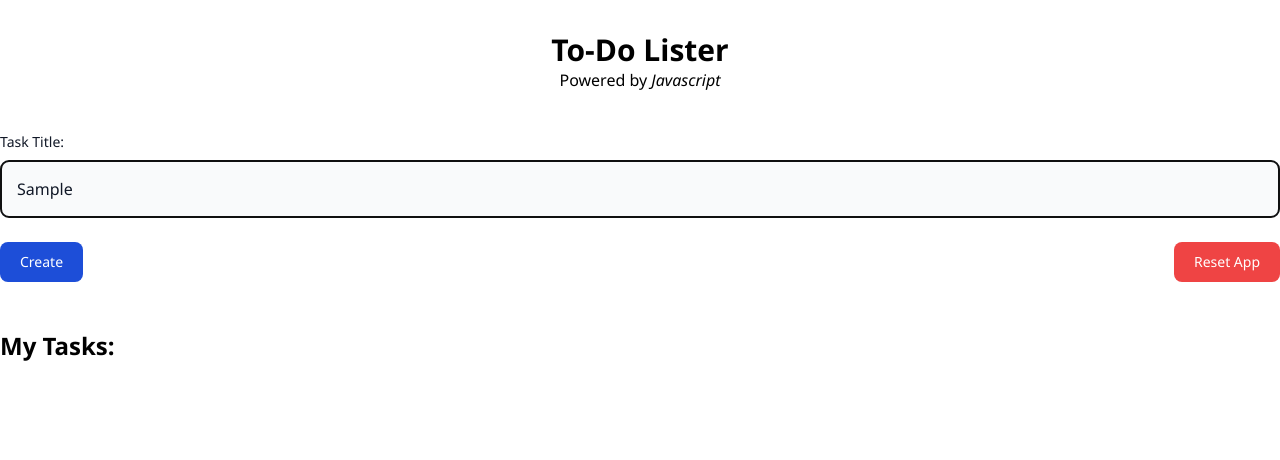
Repository: vxyux/to-do-lister
Page: index.html
An editor plug-in stored every save of this project. The page is shown before and after a run of saves, followed by the edit.
The browser window is 1280 px wide. The pictures show the whole page.
Empty fields were first filled with sample values (such as "Sample", 5 or name@example.com).
After loading, the first visible `span` was clicked once.
Some web libraries are served in a nearby version.

Above is the page before, as saved 2023-09-05 15:44:10.
Console error: SyntaxError: missing ) after argument list

After the next 2 saves:
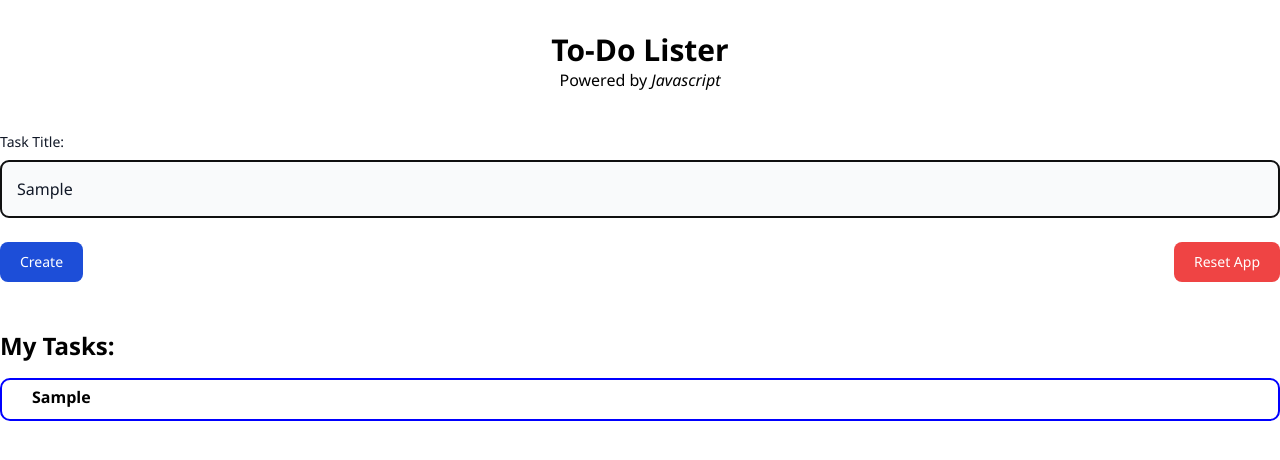
The error is gone.
The 2 saves are shown as one change because they came seconds apart.
The last was saved 7 s later.
--- a/app.js
+++ b/app.js
@@ -14,8 +14,8 @@ function newTask() {
       task: userInput.value
     };
 
-    console.log('The value converted to JSON is '
-    console.log(JSON.stringify(allTasks, null, 2) });
+    console.log('The value converted to JSON is ');
+    console.log(JSON.stringify(allTasks, null, 2));
 
     console.log(allTasks);
 
